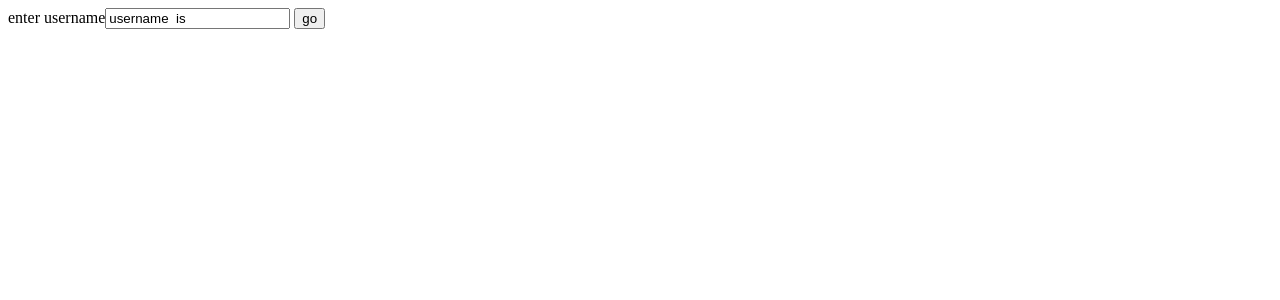
Repository: heenasalim/Java_Script
Page: HtttpSession/WebContent/LoginWithCookie.html
These files come from the project's save history. The page is drawn as it stood at one moment and after the next save; the edit follows.
The browser window is 1280 px wide. The pictures show the whole page.

Above is the page before, as saved 2015-10-14 07:15:17.

After the next save:
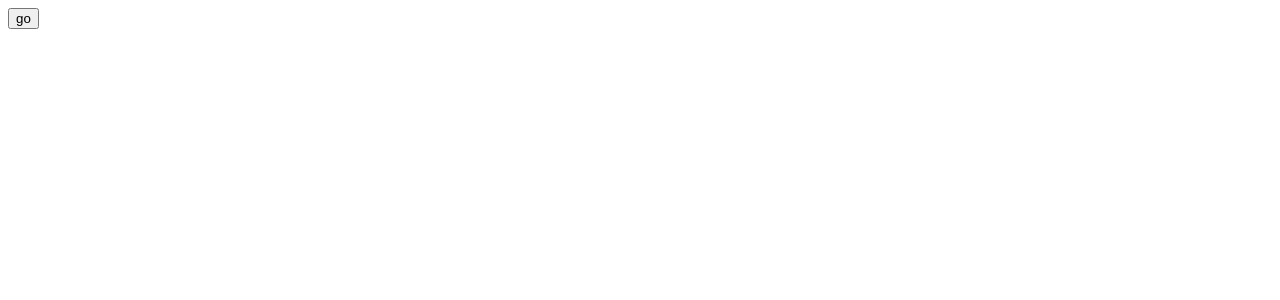
Saved 20 s later.
--- a/HtttpSession/WebContent/LoginWithCookie.html
+++ b/HtttpSession/WebContent/LoginWithCookie.html
@@ -5,6 +5,7 @@
 <title>Insert title here</title>
 </head>
 <body>
+<form  action="Cookie1"
 enter  username<input  type="text"   name="user"   value="username  is"/>
 <input type="submit"  name=submit   value="go"  />
 </body>

After the save that followed:
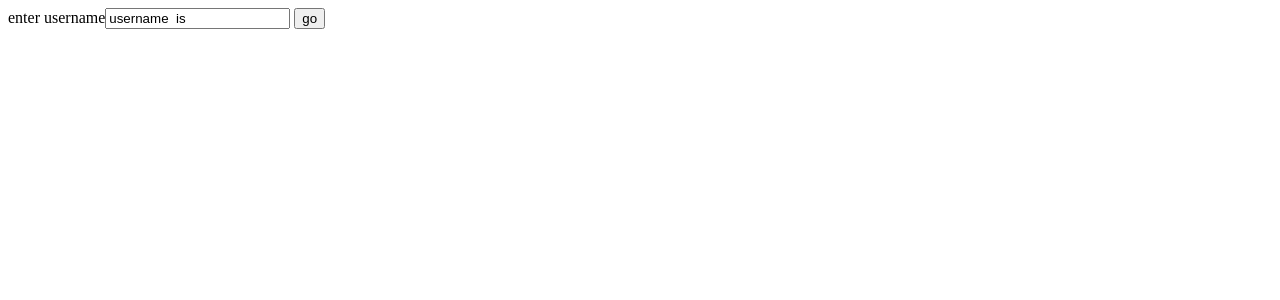
Saved 9 s later.
--- a/HtttpSession/WebContent/LoginWithCookie.html
+++ b/HtttpSession/WebContent/LoginWithCookie.html
@@ -5,8 +5,9 @@
 <title>Insert title here</title>
 </head>
 <body>
-<form  action="Cookie1"
+<form  action="Cookie1">
 enter  username<input  type="text"   name="user"   value="username  is"/>
 <input type="submit"  name=submit   value="go"  />
+</form>
 </body>
 </html>
